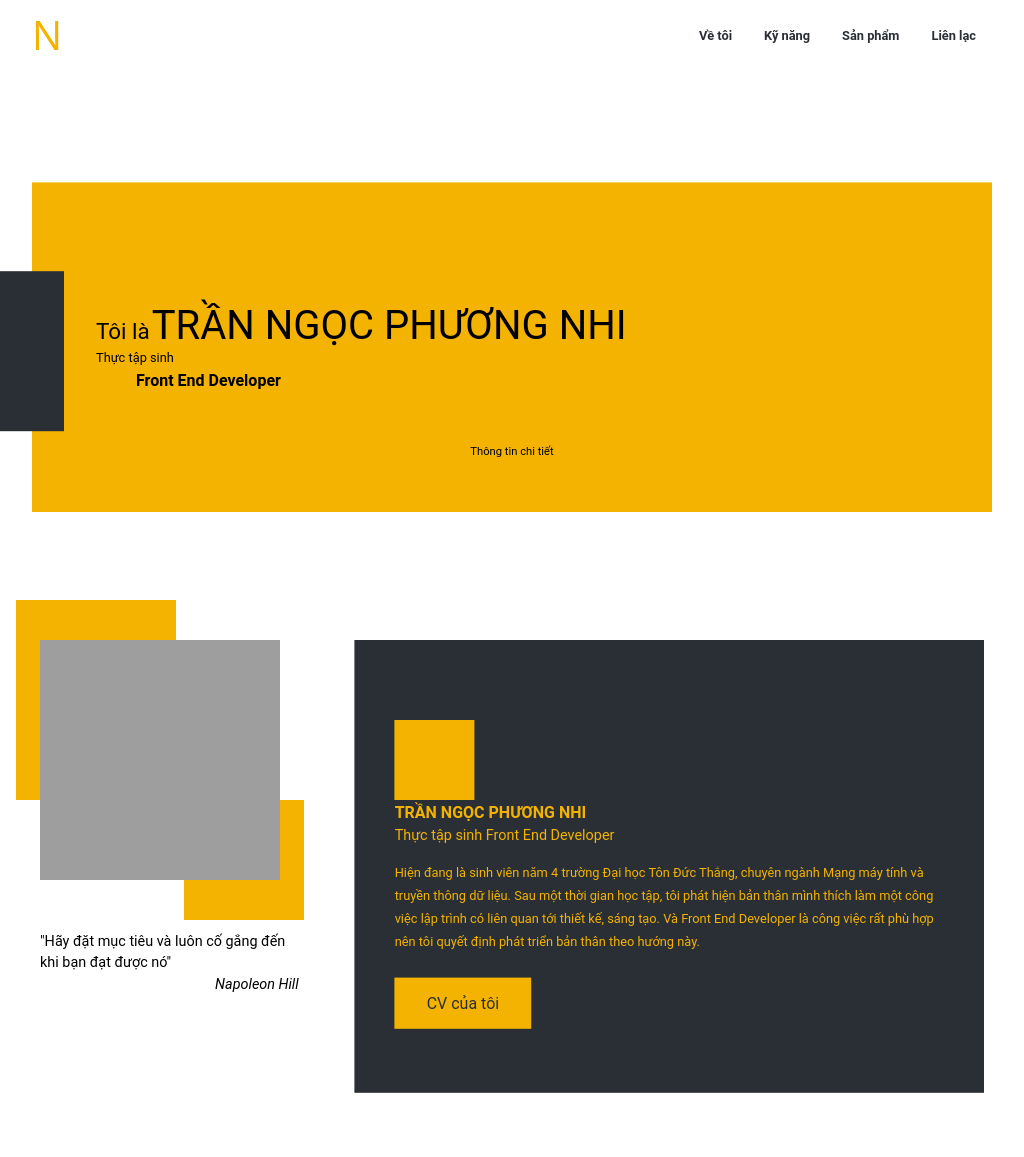
Repository: TranNgocPhuongNhi/my-portfolio
Page: index.html
An editor plug-in stored every save of this project. The page is shown before and after a run of saves, followed by the edit.
The browser window is 1280 px wide. The pictures show the whole page, at 80% of full size.
Pictures or frames that could not be fetched are drawn as grey boxes. Some icons come from a web library that is not loaded, so they are not drawn. Some web libraries are served in a nearby version.

Above is the page before, as saved 2021-07-04 16:54:11.

After the next 4 saves:
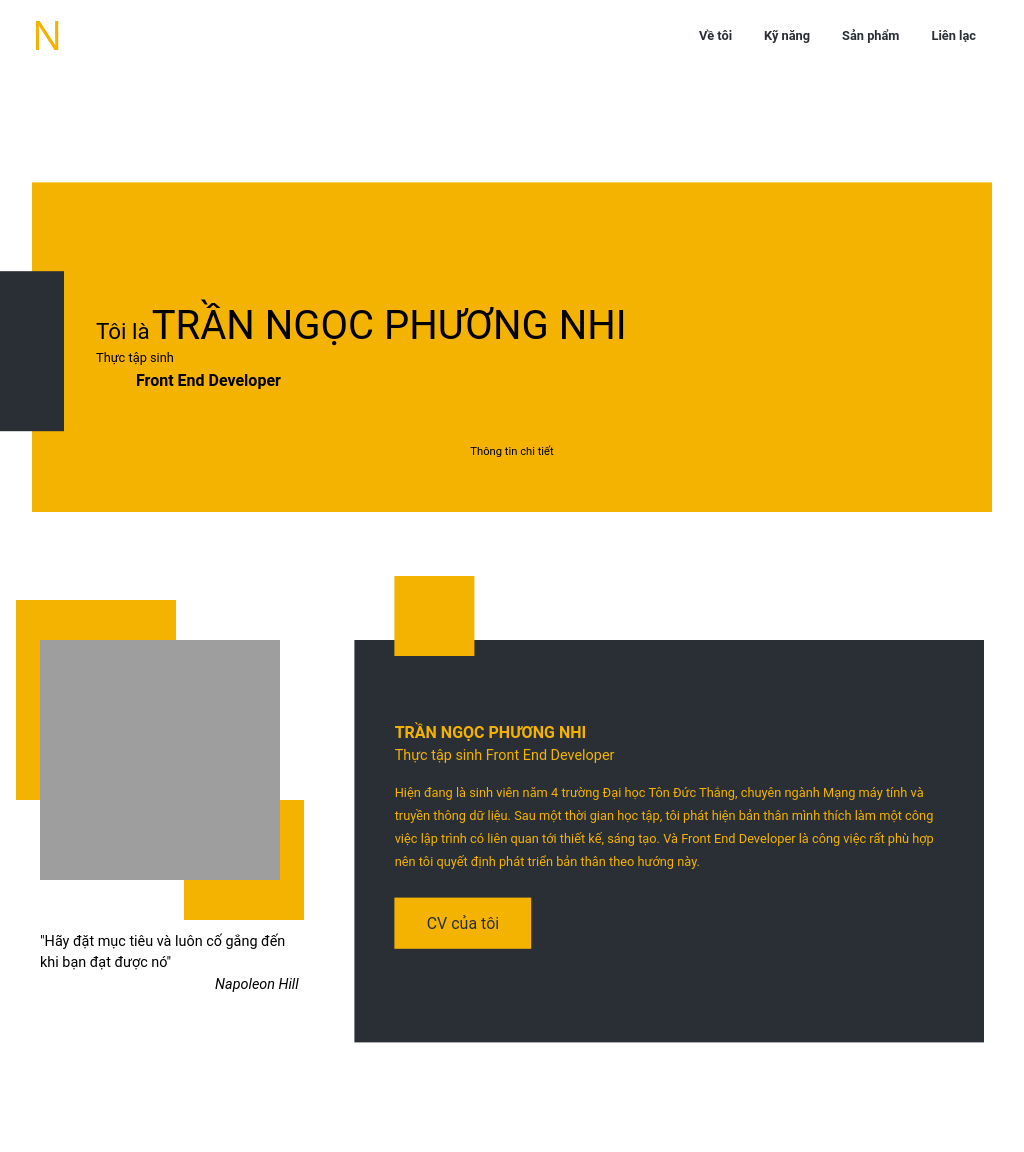
The 4 saves are shown as one change because they came seconds apart.
The last was saved 10 s later.
--- a/resources/css/main.css
+++ b/resources/css/main.css
@@ -219,6 +219,8 @@ a {
     width: 10rem;
     height: 10rem;
     background-color: var(--primary1);
+    position: absolute;
+    top: 0;
 }
 
 .about__info {
